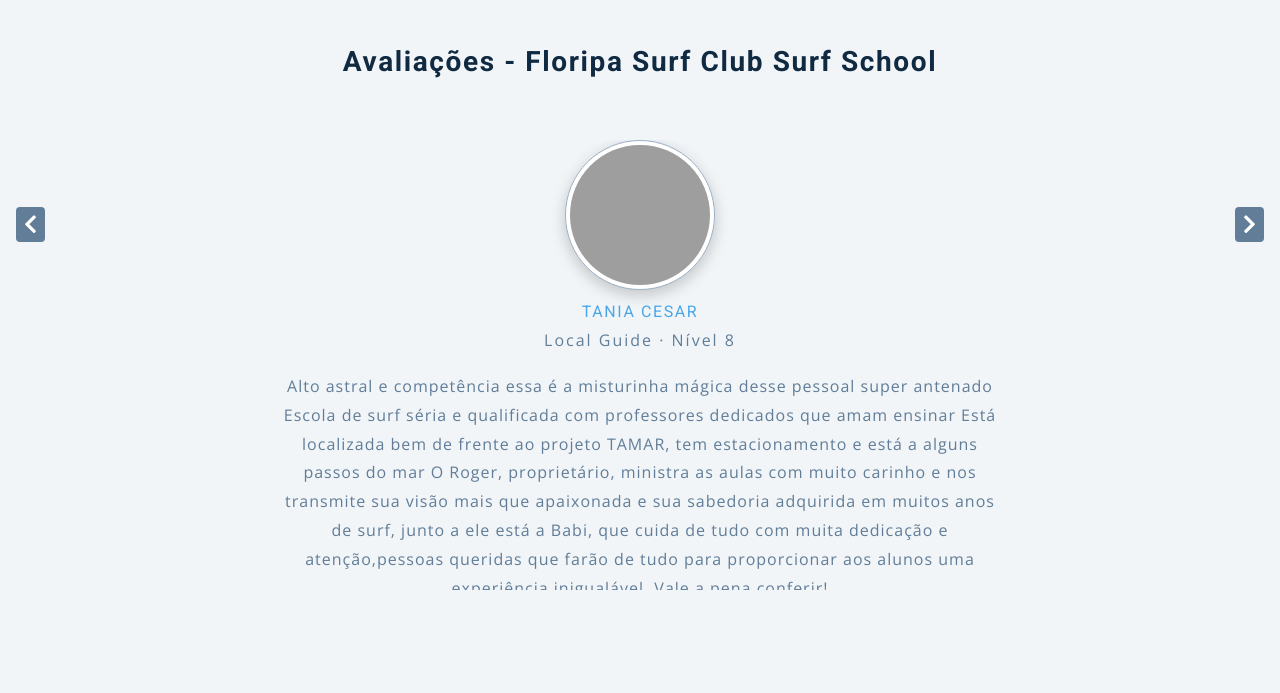
Repository: araguaci/floripasurfclub-reviews
Page: index.html
The author's editor kept a copy of each file at every save. The page is drawn from the files as they stood at one save, then again after the next save.
The browser window is 1280 px wide. The pictures show the whole page.
Pictures or frames that could not be fetched are drawn as grey boxes. Some web libraries are served in a nearby version.

Above is the page before, as saved 2021-08-23 20:45:45.

After the next save:
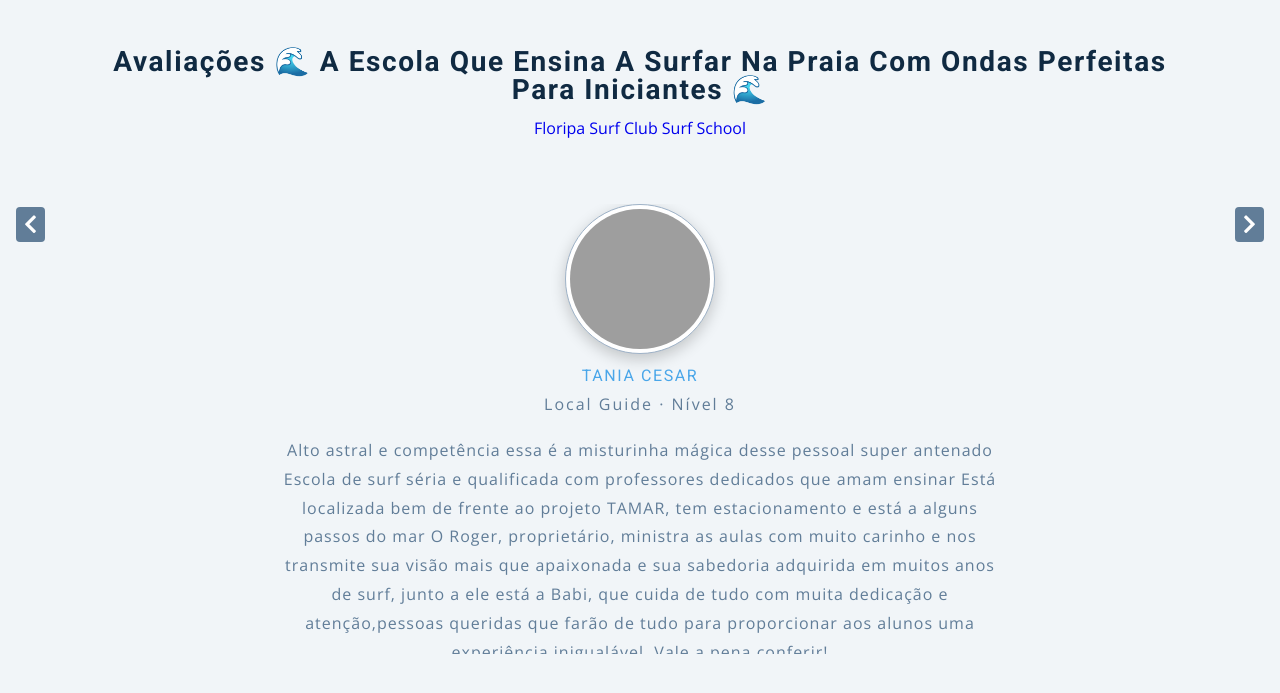
Saved 64 s later.
--- a/index.html
+++ b/index.html
@@ -33,7 +33,8 @@
   <body>
     <section class="slider">
       <div class="reviews">
-        <h3>Avaliações - Floripa Surf Club Surf School</h3>
+        <h3>Avaliações 🌊 A escola que ensina a surfar na praia com ondas perfeitas para iniciantes 🌊</h3>
+        <p><a href="http://www.floripasurfclub.com.br/">Floripa Surf Club Surf School</p>
       </div>
       <div class="slide-container">
         <!-- <article class="slide">
